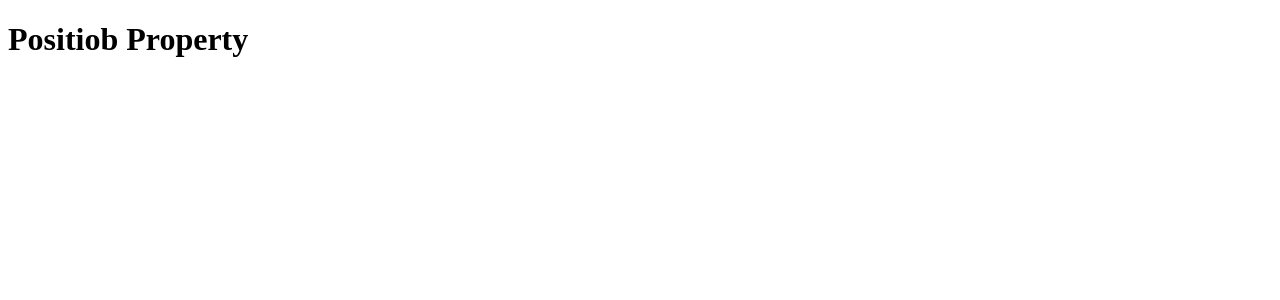
Repository: zhFIsHappy/UdemyFullStack
Page: position.html
An editor plug-in stored every save of this project. The page is shown before and after a run of saves, followed by the edit.
The browser window is 1280 px wide. The pictures show the whole page.

Above is the page before, as saved 2022-03-24 14:17:10.

After the next 8 saves:
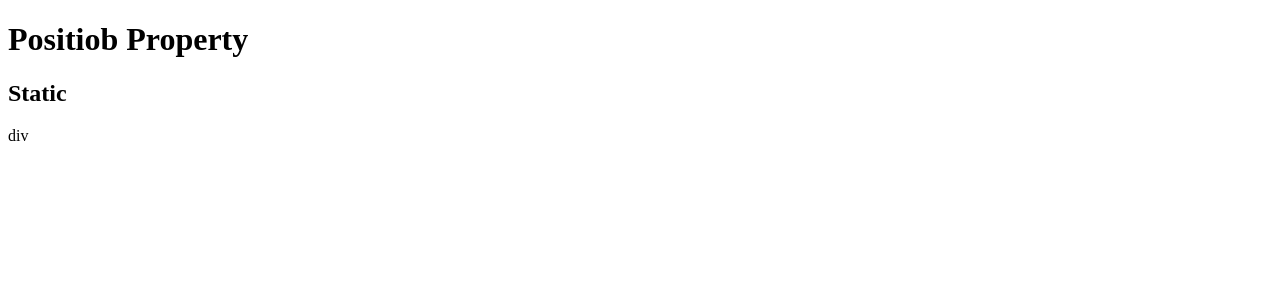
The 8 saves are shown as one change because they came seconds apart.
The last was saved 23 s later.
--- a/position.html
+++ b/position.html
@@ -9,8 +9,10 @@
 </head>
 <body>
     <h1>Positiob Property</h1>
-    <section>
-
+    <section id="static">
+        <h2>Static</h2>
+        <div></div>
+        div
     </section>
 </body>
 </html>
